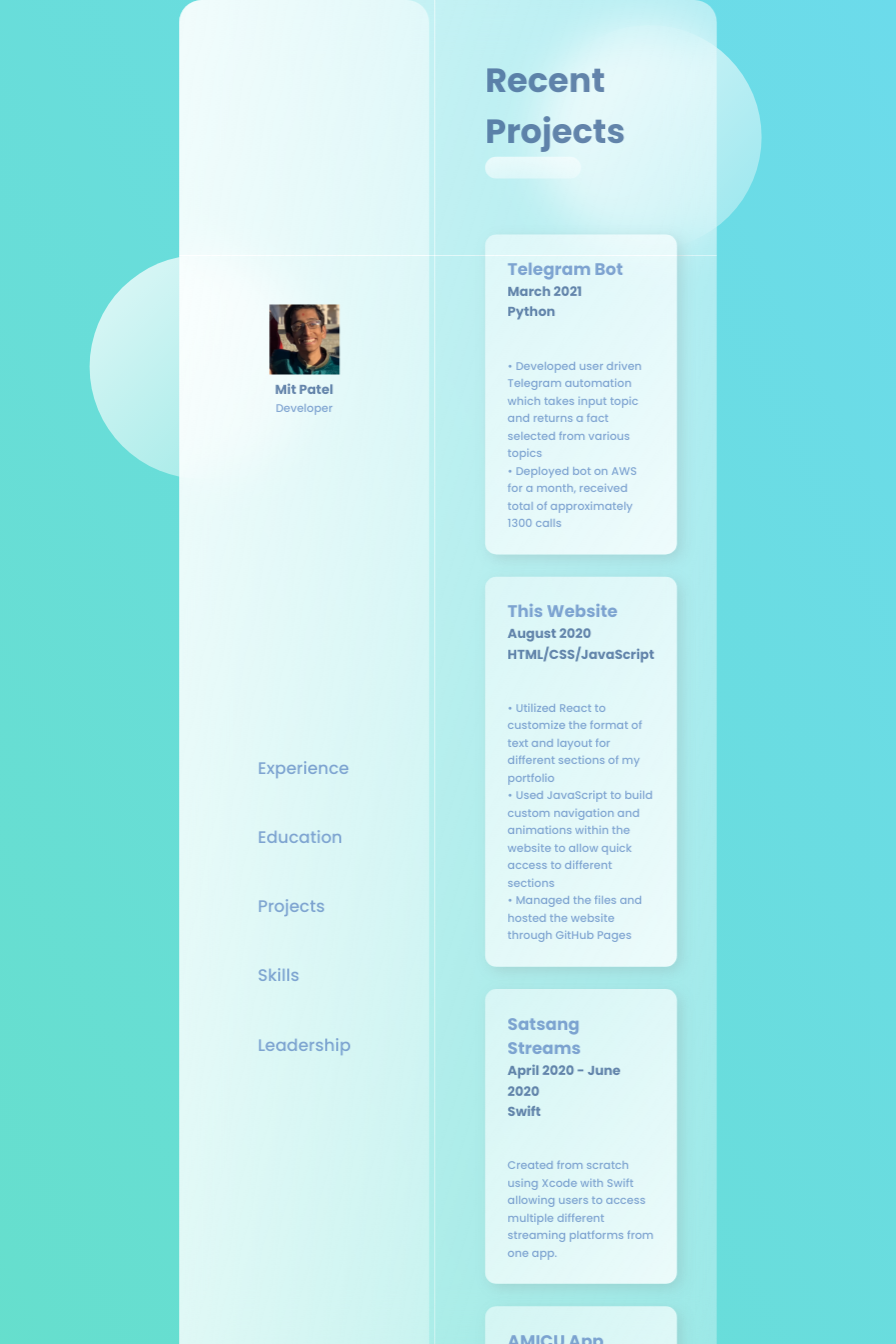
Repository: mitrpatel/mitrpatel.github.io
Page: Projects.html
These files come from the project's save history. The page is drawn as it stood at one moment and after the next save; the edit follows.
The browser window is 1280 px wide. The pictures show the part of the page from y = 0 to 1920 px (the page is 2489 px tall before and 3371 px after), at 70% of full size.

Above is the page before, as saved 2023-05-10 14:39:59.

After the next save:
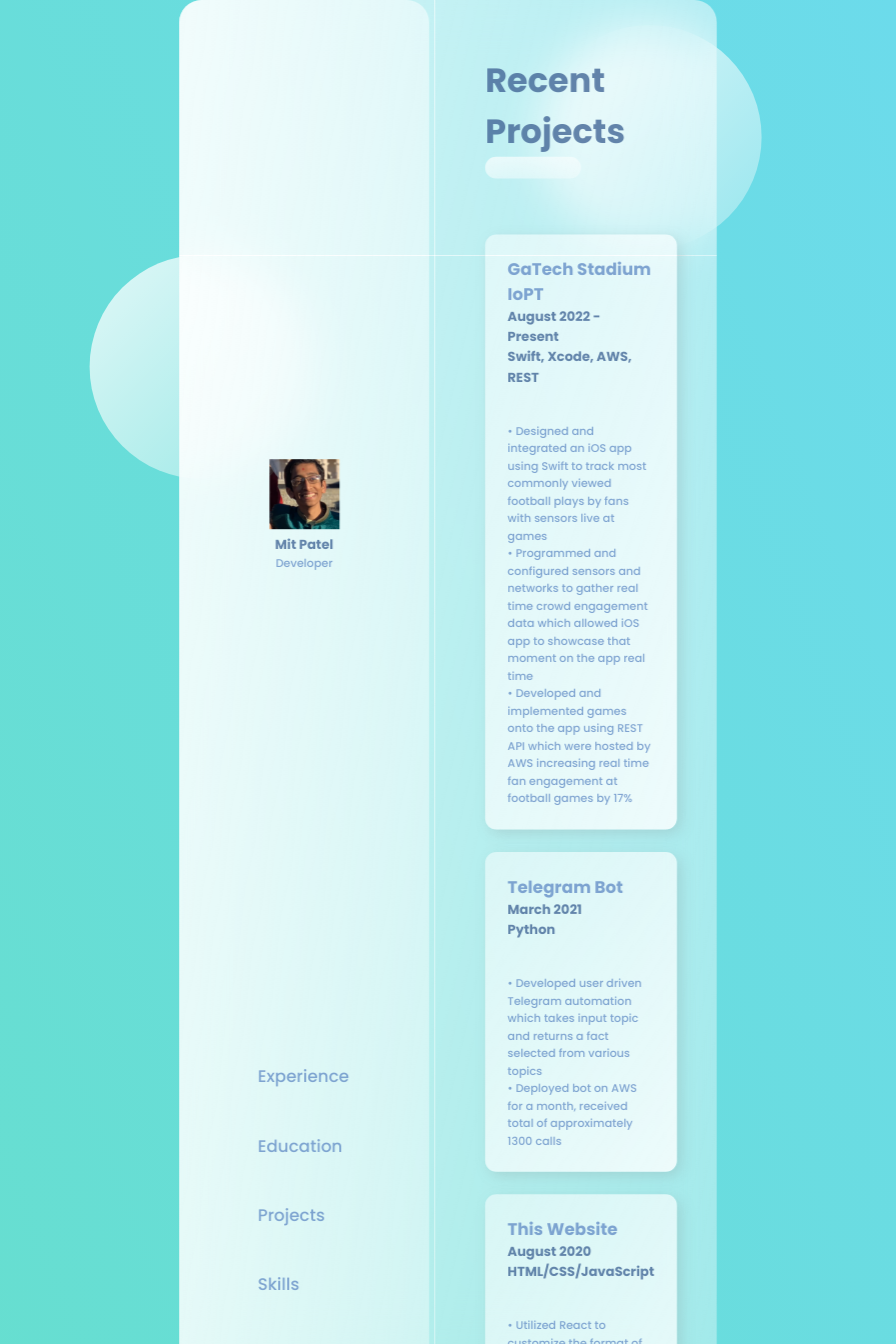
Saved 2 min 7 s later.
--- a/Projects.html
+++ b/Projects.html
@@ -60,6 +60,25 @@
             <h1>Recent Projects</h1>
             <input type="text" />
           </div>
+
+          <div class="cards">
+            <div class="card">
+              <div class="card-info">
+                <h2><b>GaTech Stadium IoPT</b></h2></a>
+                <h3>August 2022 - Present</h3>
+                <h3>Swift, Xcode, AWS, REST</h3>
+                <br></br>
+                <p>• Designed and integrated an iOS app using Swift to track most commonly viewed football plays by fans with
+                  sensors live at games
+                  <br>• Programmed and configured sensors and networks to gather real time crowd engagement data which allowed iOS
+                  app to showcase that moment on the app real time
+                  <br>• Developed and implemented games onto the app using REST API which were hosted by AWS increasing real
+                  time fan engagement at football games by 17%
+                  </p>
+                <div class="progress"></div>
+              </div>
+              <h2 class="percentage"></h2>
+            </div>
 
           <div class="cards">
             <div class="card">
